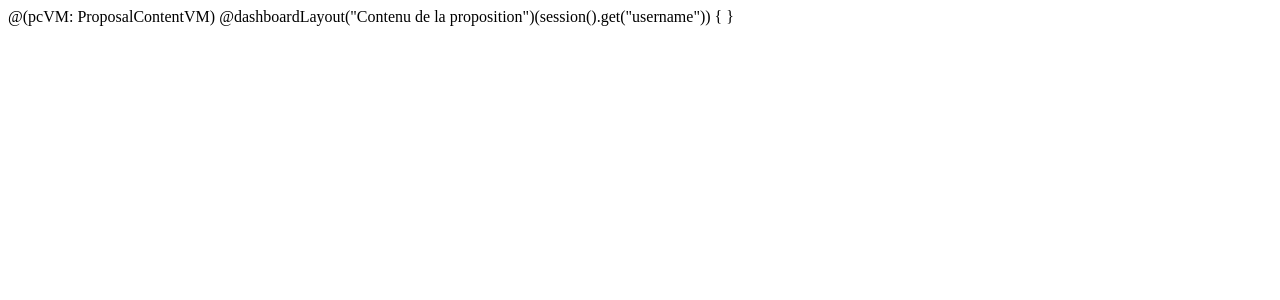
Repository: spirale-software/labo_master
Page: Application/oneDotCom/app/views/pcDetail.scala.html
These files come from the project's save history. The page is drawn as it stood at one moment and after the next save; the edit follows.
The browser window is 1280 px wide. The pictures show the whole page.

Above is the page before, as saved 2017-04-15 02:04:33.

After the next save:
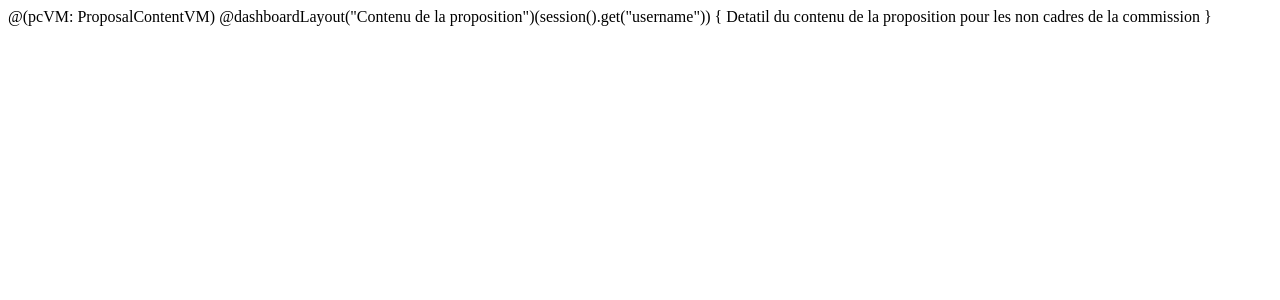
Saved 51 s later.
--- a/Application/oneDotCom/app/views/pcDetail.scala.html
+++ b/Application/oneDotCom/app/views/pcDetail.scala.html
@@ -3,4 +3,7 @@
 @dashboardLayout("Contenu de la proposition")(session().get("username")) {
 	<meta content="text/html; charset=UTF-8" http-equiv="Content-Type">
 
+
+	Detatil du contenu de la proposition pour les non cadres de la commission
+
 }
